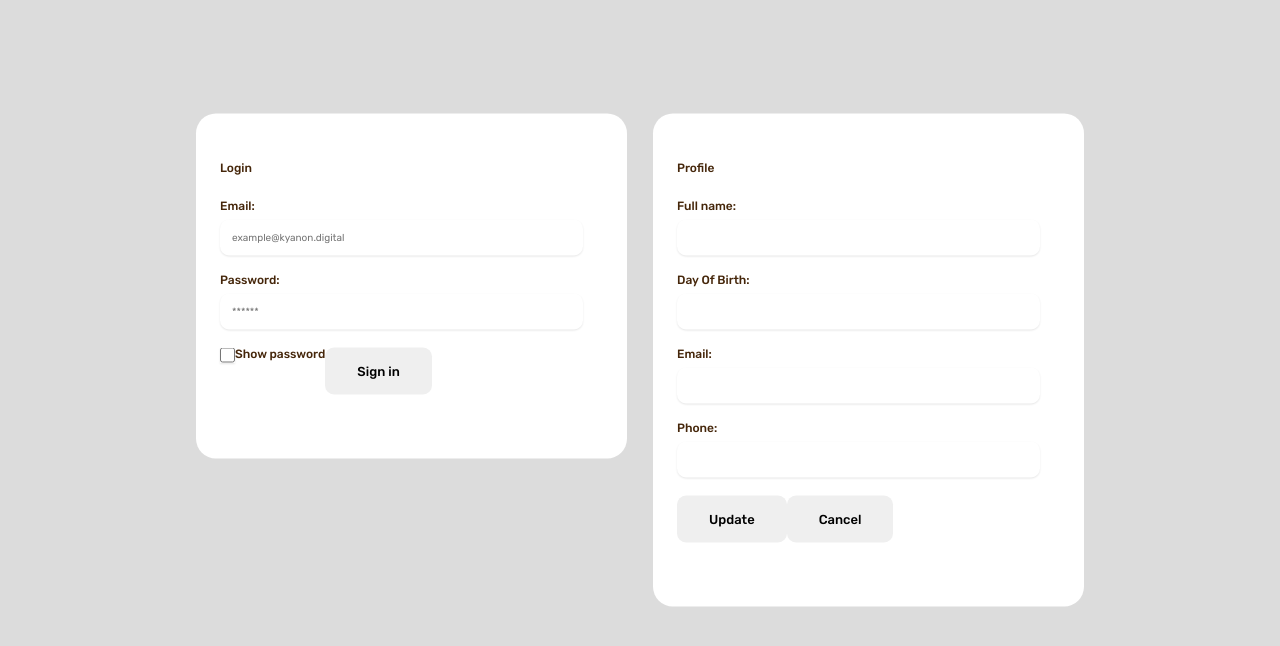
Repository: lethetiem/demon-test
Page: /
The author's editor kept a copy of each file at every save. The page is drawn from the files as they stood at one save, then again after the next save.
The browser window is 1280 px wide. The pictures show the whole page.
The project was rebuilt for these pictures with package versions that can differ from the ones it lists, and the page was loaded fresh each time.

Above is the page before, as saved 2023-03-15 14:15:16.

### public/index.html
<!DOCTYPE html>
<html lang="en">
  <head>
    <meta charset="utf-8" />
    <link rel="icon" href="%PUBLIC_URL%/favicon.ico" />
    <meta name="viewport" content="width=device-width, initial-scale=1" />
    <meta name="theme-color" content="#000000" />
    <meta
      name="description"
      content="Web site created using create-react-app"
    />
    <link rel="apple-touch-icon" href="%PUBLIC_URL%/logo192.png" />
    <link rel="manifest" href="%PUBLIC_URL%/manifest.json" />
    <link
      href="https://fonts.googleapis.com/css2?family=Rubik:wght@400;500;600;700&display=swap"
      rel="stylesheet"
    />
    <title>React App</title>
  </head>
  <body>
    <div id="root"></div>
  </body>
</html>

### src/App.js
import React from "react";
import Login from "./components/Login/Login";
import UpdateProfile from "./components/UpdateProfile/UpdateProfile";
import "./app.css";

const App = () => {
  return (
    <div className="container">
      <div className="cta-form--box">
        <Login></Login>
        <UpdateProfile></UpdateProfile>
      </div>
    </div>
  );
};

export default App;

### src/components/Login/Login.jsx
import React from "react";
import "./login.css";
import "../index.css";

const Login = () => {
  return (
    <div>
      <form className="cta cta-form--sign-in" name="login">
        <div>
          <label htmlFor="log-in">Login</label>
        </div>
        <div>
          <label htmlFor="email">Email:</label>
          <input
            id="email"
            type="email"
            placeholder="example@kyanon.digital"
            name="email"
            required
          ></input>
        </div>

        <div>
          <label htmlFor="password">Password:</label>
          <input
            id="password"
            type="password"
            placeholder="******"
            name="password"
            required
          ></input>
        </div>

        <div className="password-checkbox">
          <input
            id="check-box"
            className="checkbox-input"
            type="checkbox"
            name="check-box"
          ></input>
          <label htmlFor="check-box">Show password</label>
          <button className="btn btn--form">Sign in</button>
        </div>
      </form>
    </div>
  );
};

export default Login;

### src/components/UpdateProfile/UpdateProfile.jsx
import React from "react";
import './updateProfile.css'
import '../index.css'

const UpdateProfile = () => {
  return <div>
    <form className="cta cta-form--profile" name="update-profile">
          <div>
            <label htmlFor="profile">Profile</label>
          </div>
          <div>
            <label htmlFor="full-name">Full name:</label>
            <input id="full-name" type="text" name="full-name" required></input>
          </div>

          <div>
            <label htmlFor="day-of-bird">Day Of Birth:</label>
            <input
              id="day-of-bird"
              type="text"
              name="day-of-bird"
              required
            ></input>
          </div>

          <div>
            <label htmlFor="email">Email:</label>
            <input id="email" type="email" name="email" required></input>
          </div>

          <div>
            <label htmlFor="phone-number">Phone:</label>
            <input
              id="phone-number"
              type="text"
              name="phone-number"
              required
            ></input>
          </div>

          <div className="post">
            <button className="btn btn--update">Update</button>
            <button className="btn btn--cancel">Cancel</button>
          </div>
        </form>
  </div>
}

export default UpdateProfile;

### src/app.css
* {
  padding: 0;
  margin: 0;
  box-sizing: border-box;
}

html {
  font-size: 62.5%;
  overflow-x: hidden;
}

body {
  position: relative;
  font-family: "Rubik", sans-serif;
  line-height: 1;
  font-weight: 400;
  color: #555;
  height: 100vh;
  background-color: gainsboro;

  overflow-x: hidden;
}

.container {
  position: absolute;
  top: 50%;
  left: 50%;
  transform: translate(-50%, -50%);
  max-width: 120rem;
  width: 100%;
  padding: 0 3.2rem;
  margin: 0 auto;
}

### src/components/Login/login.css
.cta-form--sign-in {
  background-color: #fff;
  padding-bottom: 2.4rem;
}
.checkbox-input {
  width: 15px !important;
  height: 15px !important;
}
.password-checkbox {
  display: flex;
}

### src/components/index.css
.cta-form--box{
  display: grid;
  grid-template-columns: 1fr 1fr;
  column-gap: 2.6rem;
  padding: 1.8rem 12.4rem;
}

.cta{
  display: flex;
  flex-direction: column;
  row-gap: 1.8rem;
  padding: 4.8rem 4.4rem 6.4rem 2.4rem;
  border-radius: 2rem;
  color: #45260a;
}

.cta label{
  display: block;
  font-size: 1.2rem;
  font-weight: 500;
  margin-bottom: 0.8rem;
}

.cta input{
  width: 100%;
  padding: 1.2rem;
  font-size: 1rem;
  font-family: inherit;
  color: inherit;
  border: none;
  border-radius: 9px;
  box-shadow: 0 1px 2px rgba(0, 0, 0, 0.1);
}

.btn,
.btn:link,
.btn:visited {
  display: inline-block;

  text-decoration: none;
  font-size: 1.3rem;
  font-weight: 500;
  padding: 1.6rem 3.2rem;
  border-radius: 9px;

  border: none;
  cursor: pointer;
  font-family: inherit;

  transition: all 0.3s;
}

.btn--full:link,
.btn--full:visited {
  background-color: #e67e22;
  color: #fff;
}

.btn--full:hover,
.btn--full:active {
  background-color: #cf711f;
}

### src/components/UpdateProfile/updateProfile.css
.cta-form--profile{
  background-color: #fff;
}

Loaded but not shown: src/index.js (common file)

After the next save:
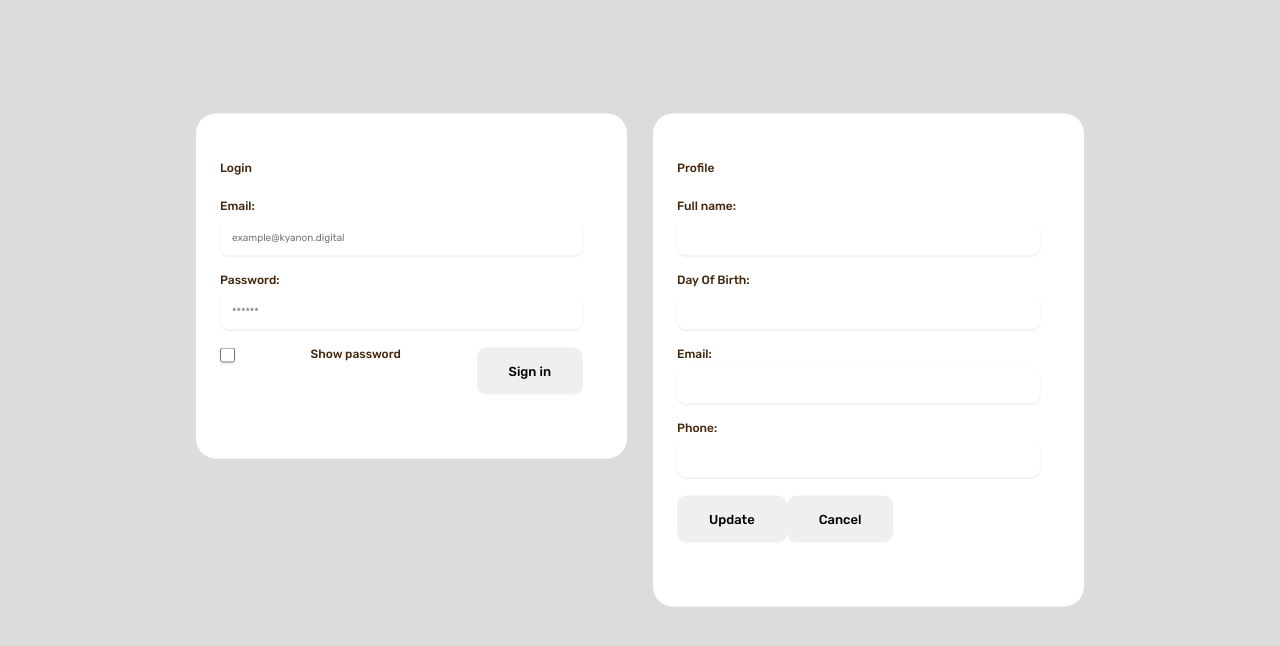
Saved 2 min 27 s later.
--- a/src/components/Login/login.css
+++ b/src/components/Login/login.css
@@ -8,4 +8,7 @@
 }
 .password-checkbox {
   display: flex;
+  justify-content: space-between;
 }
+.btn-sign-in {
+}
